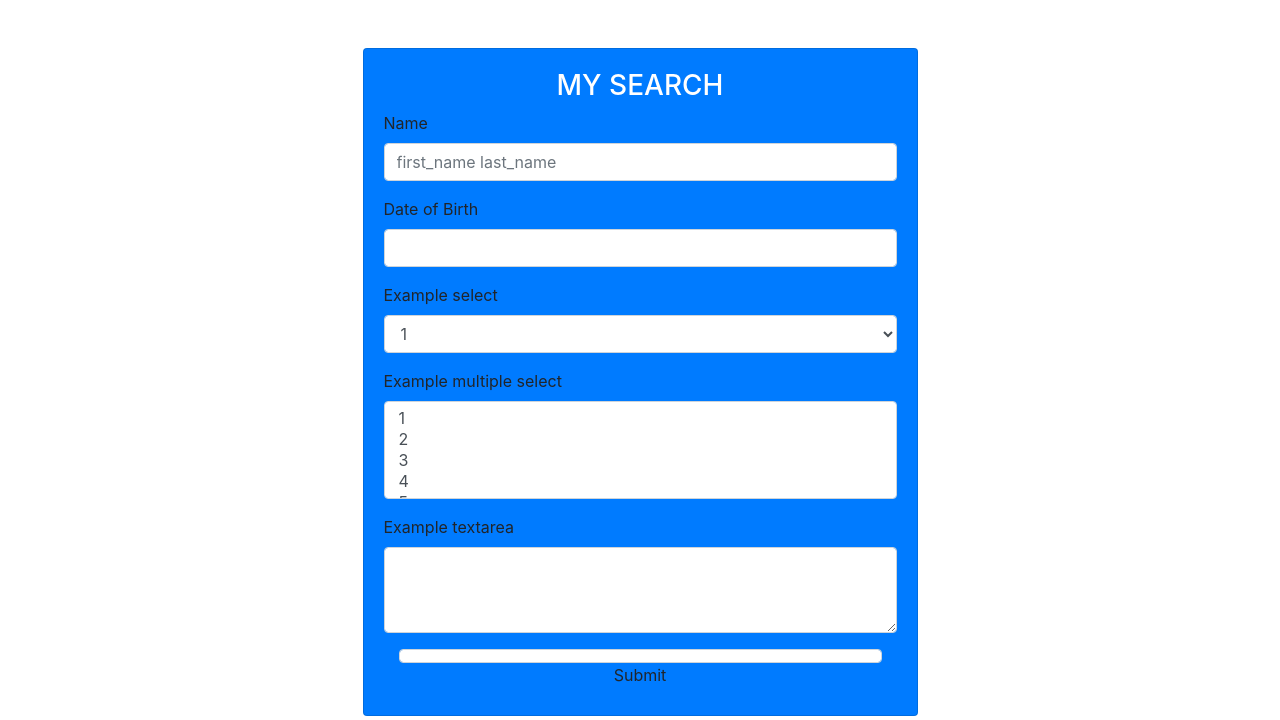
Repository: modinilesh/SpringMVC
Page: http://localhost/springmvcsearch/complex
The author's editor kept a copy of each file at every save. The page is drawn from the files as they stood at one save, then again after the next save.
The browser window is 1280 px wide. The pictures show the whole page.
Some web libraries are served in a nearby version. The page is served by Tomcat 9.

Above is the page before, as saved 2023-10-20 14:40:46.

After the next save:
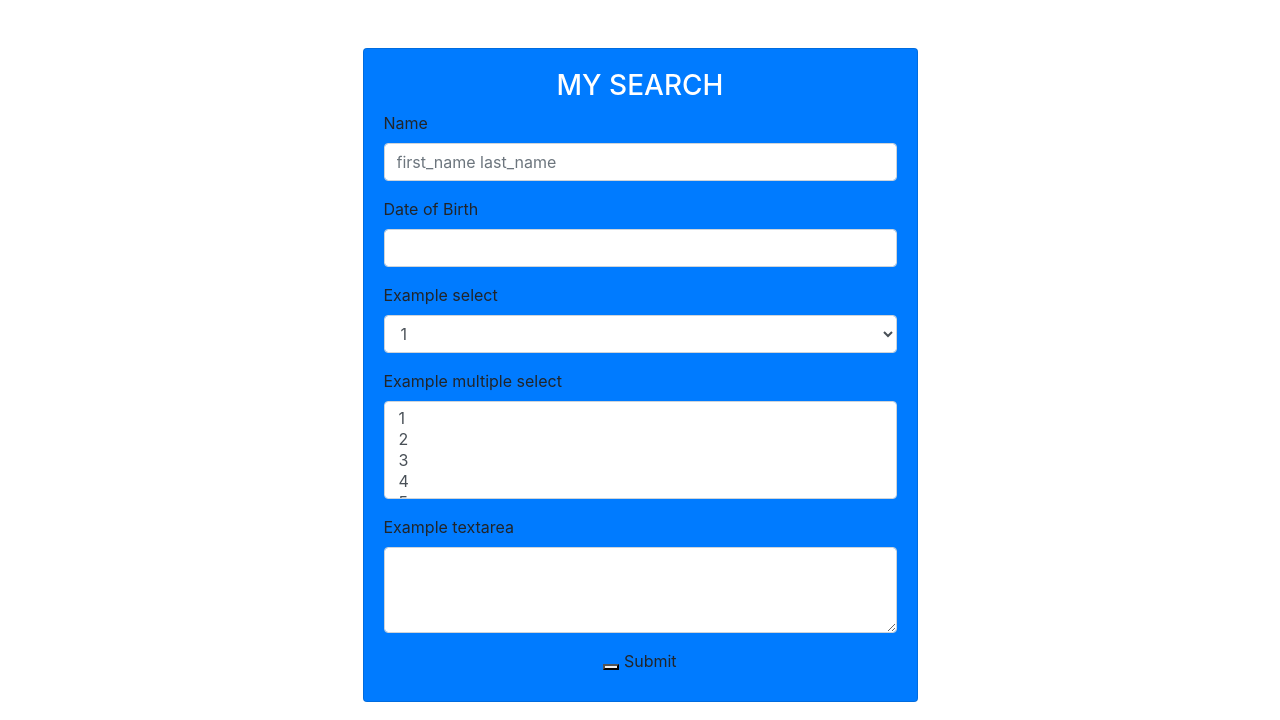
Saved 29 s later.
--- a/springmvcsearch/src/main/webapp/WEB-INF/views/complex_form.jsp
+++ b/springmvcsearch/src/main/webapp/WEB-INF/views/complex_form.jsp
@@ -66,7 +66,7 @@
 					</div>
 
 					<div class="container text-center">
-						<button type="submit" name="submit" class="form-control"
+						<button type="submit" name="submit"
 							id="submit"></button>
 						<label for="btn">Submit</label>
 					</div>
